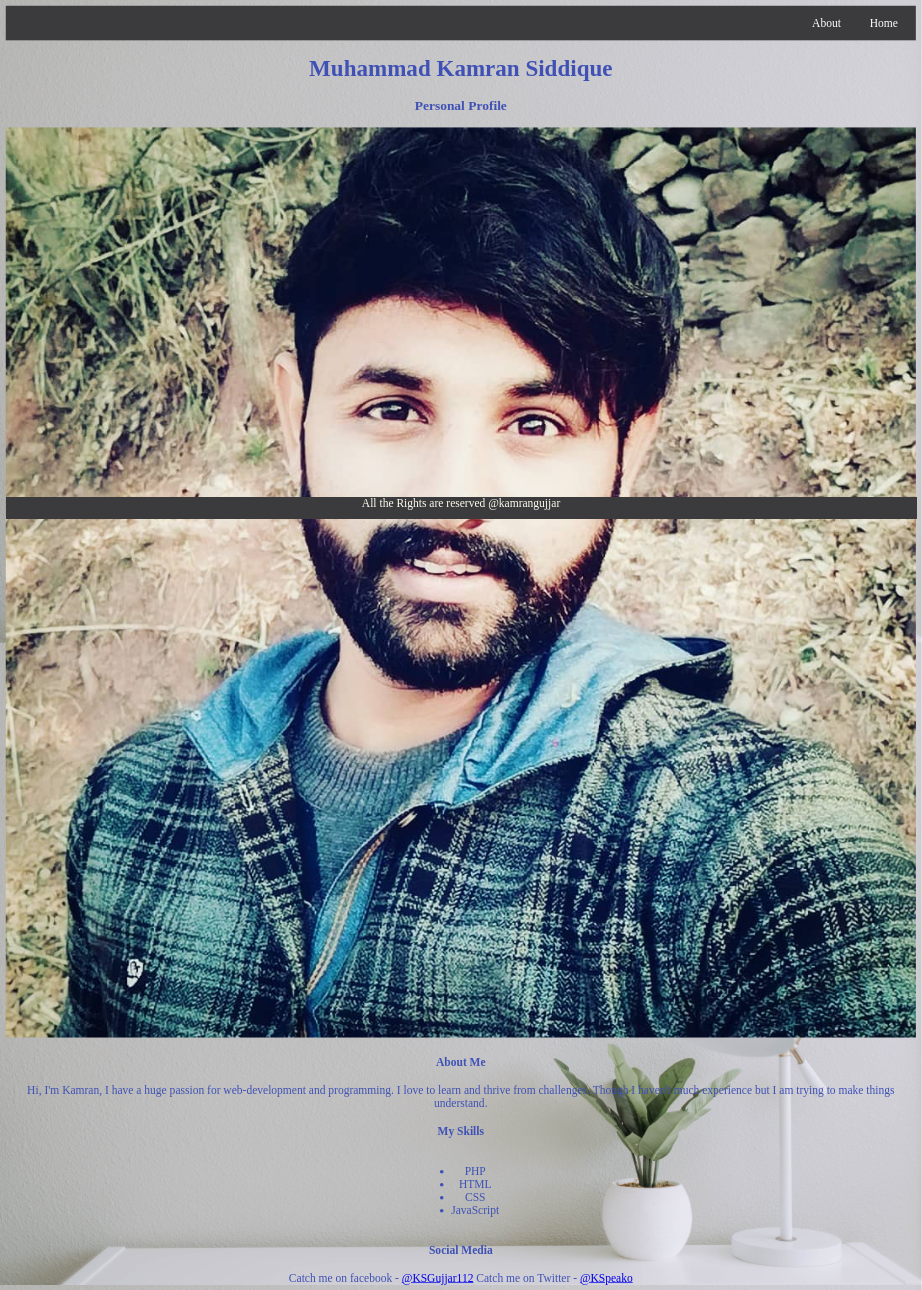
Repository: Kamrangujjar85112/Length-Converter
Page: html/about.html
An editor plug-in stored every save of this project. The page is shown before and after the next save, followed by the edit.
The browser window is 1280 px wide. The pictures show the whole page, at 72% of full size.
Backgrounds fixed to the window are drawn as part of the page.

Above is the page before, as saved 2022-01-21 11:20:47.
Console error: TypeError: Cannot read properties of null (reading 'addEventListener')

After the next save:
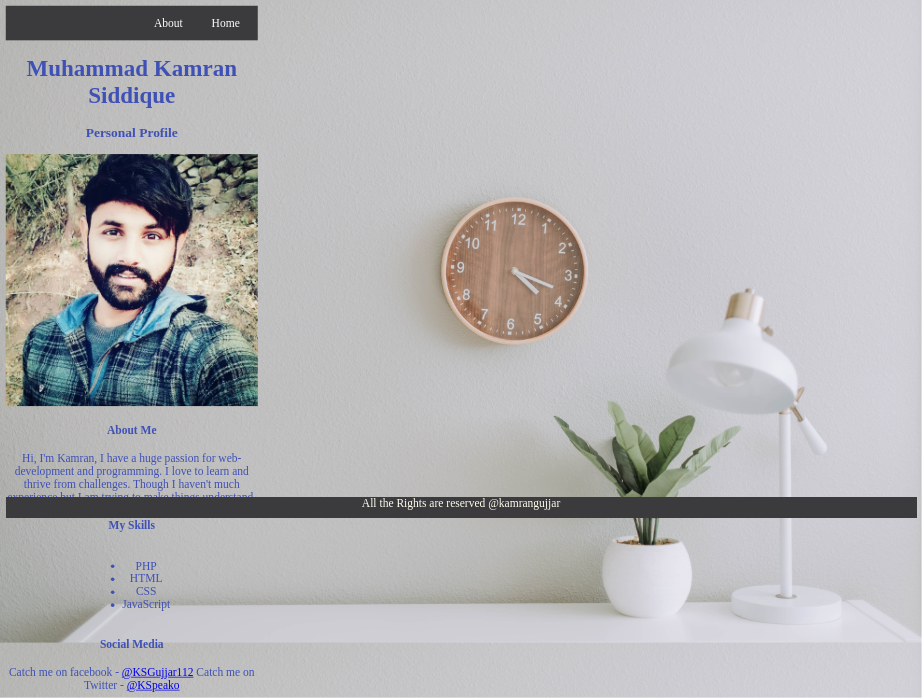
Saved 17 s later.
--- a/css/style.css
+++ b/css/style.css
@@ -7,7 +7,7 @@
 
 }
 .container {
-
+    width: 350px;
     text-align: center;
 }
 .listFlex {display: flex; justify-content: center;}

After the 2 saves that followed:
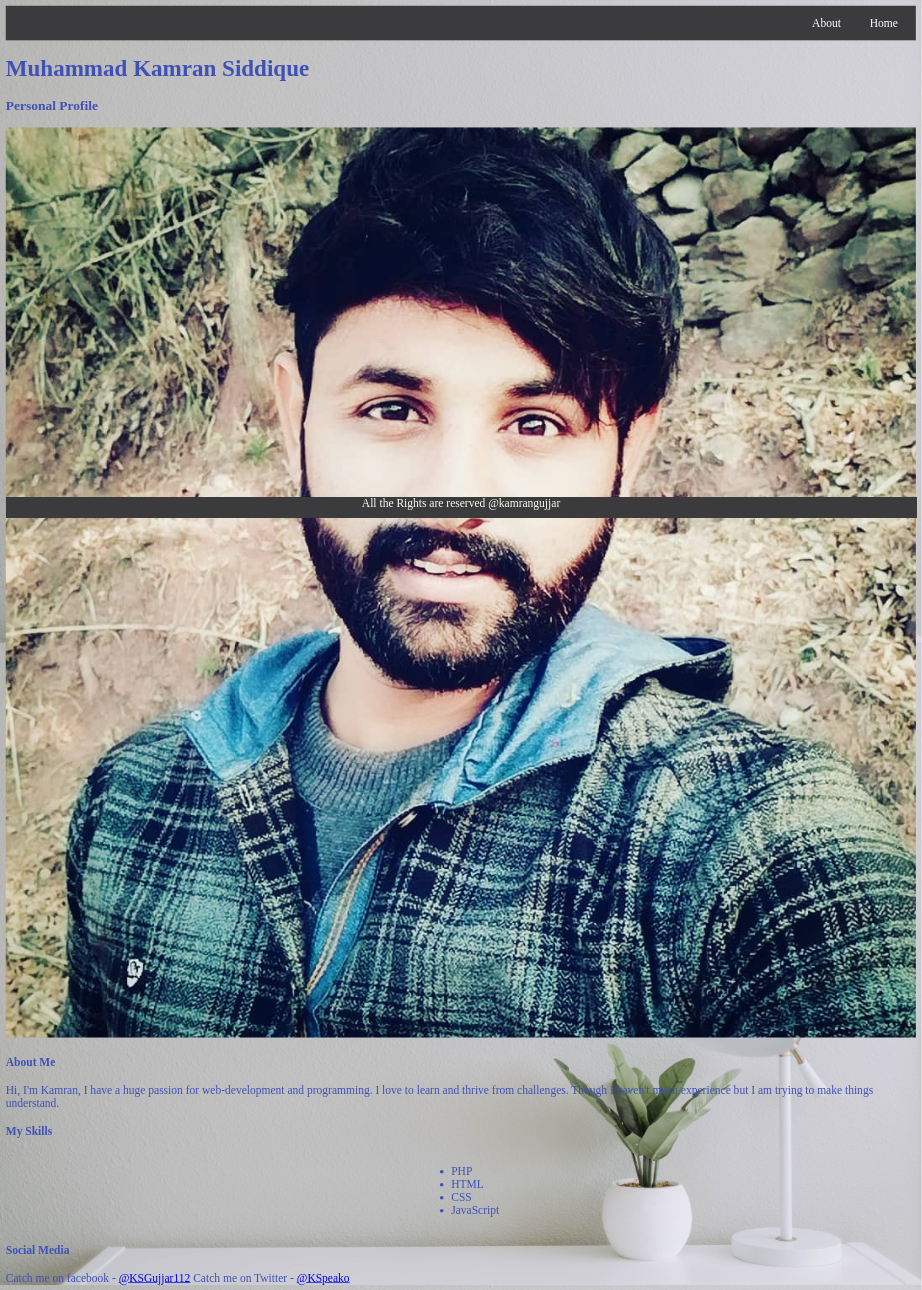
The 2 saves are shown as one change because 1 left the picture as it was.
The last was saved 85 s later.
--- a/css/style.css
+++ b/css/style.css
@@ -6,7 +6,8 @@
   color: #3F51B5;
 
 }
-.container {
+.aboutclass {
+    margin: auto;
     width: 350px;
     text-align: center;
 }
